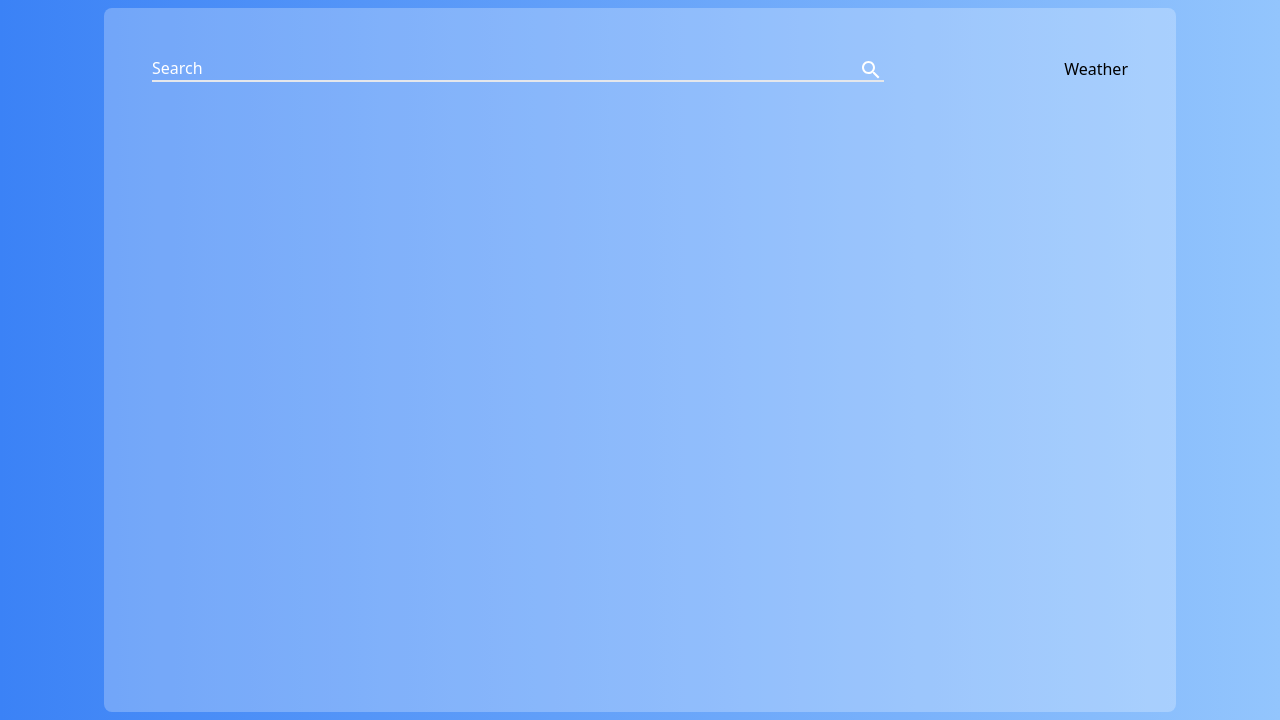
Repository: DevAntonioRogers/react-weatherapp-v2
Page: /
The author's editor kept a copy of each file at every save. The page is drawn from the files as they stood at one save, then again after the next save.
The browser window is 1280 px wide. The pictures show the whole page.
The project was rebuilt for these pictures with package versions that can differ from the ones it lists, and the page was loaded fresh each time. The framework's server and built-in components were replaced by stand-ins that run in the browser. Also part of the build but not shown: next.config.js.

Above is the page before, as saved 2023-05-18 00:35:36.

### app/layout.tsx
import "./globals.css";
import { Inter } from "next/font/google";

export const metadata = {
  title: "Create Next App",
  description: "Generated by create next app",
};

export default function RootLayout({ children }: { children: React.ReactNode }) {
  return (
    <html lang="en">
      <body>{children}</body>
    </html>
  );
}

### app/page.tsx
import Input from "./components/Input";

export default function Home() {
  return (
    <div className="flex justify-center p-2 bg-cover h-screen bg-gradient-to-r from-blue-500 to-blue-300">
      <div className="bg-white/25 mx-24 w-full rounded-lg p-12">
        <div className="flex justify-between items-center">
          <Input />
          <h1>Weather</h1>
        </div>
      </div>
    </div>
  );
}

### app/components/Input.tsx
"use client";

import SearchIcon from "@mui/icons-material/Search";

const Input = () => {
  return (
    <div className="flex items-center w-3/4">
      <input
        type="text"
        className="w-full bg-transparent border-b-2 placeholder-white outline-none text-white"
        placeholder="Search"
      />
      <div className="ml-[-25px] text-white cursor-pointer">
        <SearchIcon />
      </div>
    </div>
  );
};

export default Input;

Loaded but not shown: app/globals.css (common file); tailwind.config.js (common file)

After the next save:
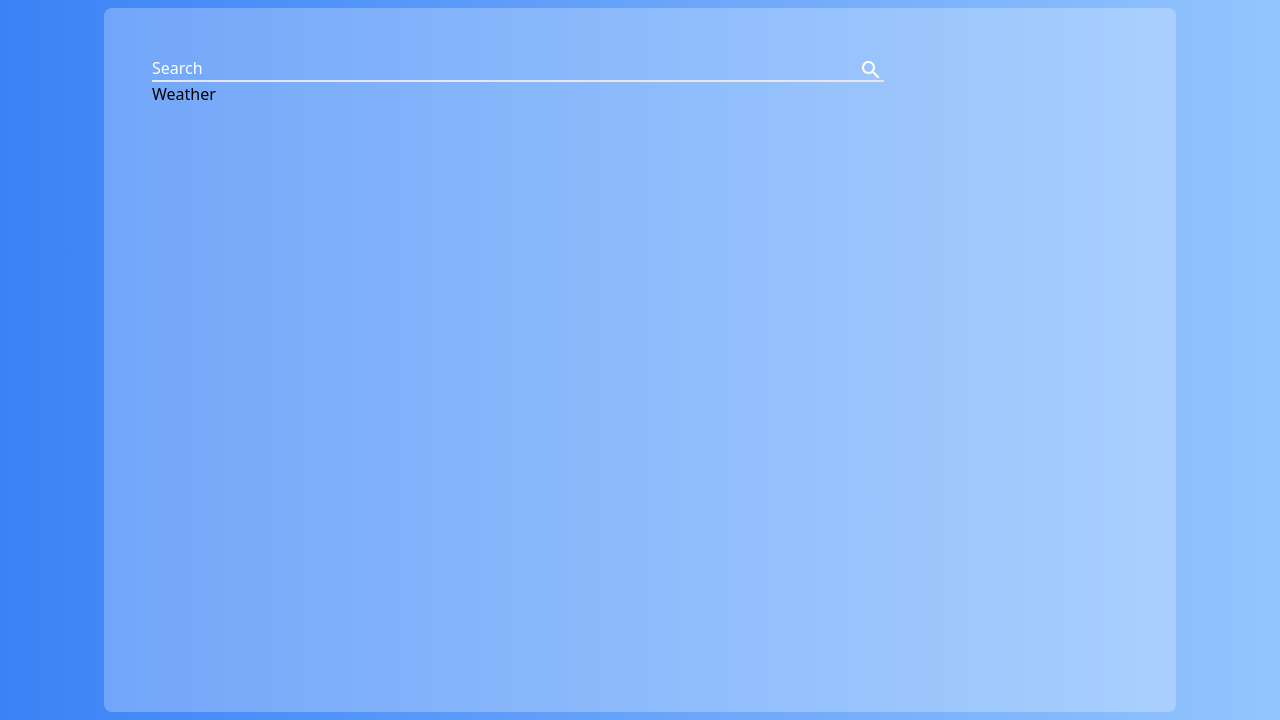
Saved 32 s later.
--- a/app/page.tsx
+++ b/app/page.tsx
@@ -4,7 +4,7 @@ export default function Home() {
   return (
     <div className="flex justify-center p-2 bg-cover h-screen bg-gradient-to-r from-blue-500 to-blue-300">
       <div className="bg-white/25 mx-24 w-full rounded-lg p-12">
-        <div className="flex justify-between items-center">
+        <div className="grid grid-cols-1">
           <Input />
           <h1>Weather</h1>
         </div>
